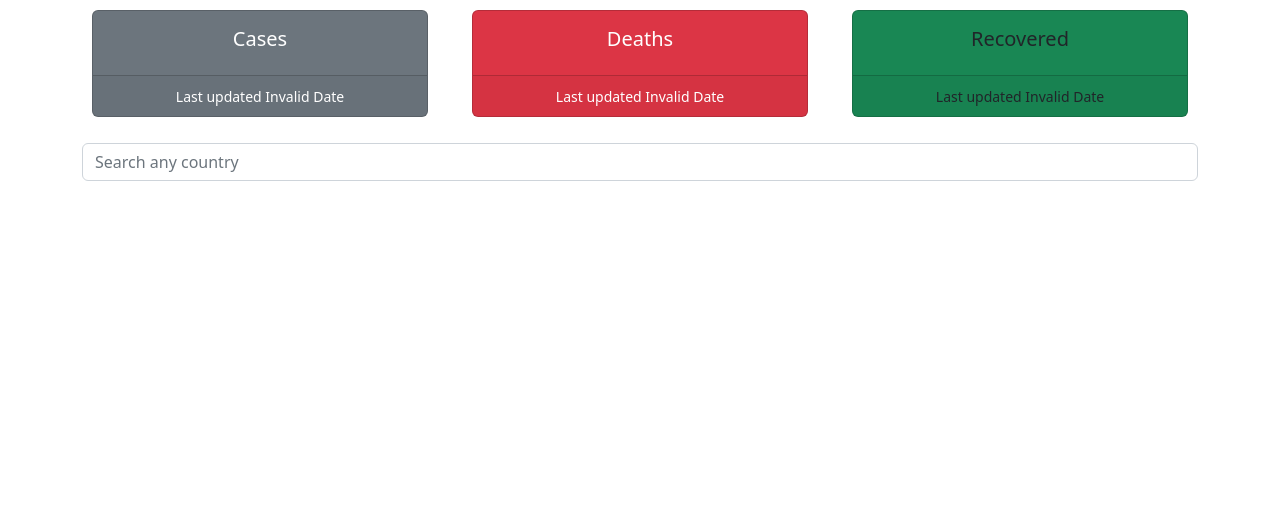
Repository: azizdeghais/CovidTracker
Page: /
An editor plug-in stored every save of this project. The page is shown before and after the next save, followed by the edit.
The browser window is 1280 px wide. The pictures show the whole page.
Pictures or frames that could not be fetched are drawn as grey boxes. The page's requests for data from a server got no answer. The project was rebuilt for these pictures with package versions that can differ from the ones it lists, and the page was loaded fresh each time. No one was signed in, and anything a server would have sent is missing. Also part of the build but not shown: vite.config.js.

Above is the page before, as saved 2023-03-09 16:38:38.

### index.html
<!DOCTYPE html>
<html lang="en">
  <head>
    <meta charset="UTF-8" />
    <link rel="icon" type="image/svg+xml" href="/vite.svg" />
    <meta name="viewport" content="width=device-width, initial-scale=1.0" />
    <title>Covid-19 Tracker</title>

  </head>
  <body>
    <div id="root"></div>
    <script type="module" src="/src/main.jsx"></script>
  </body>
</html>

### src/main.jsx
import React from 'react'
import ReactDOM from 'react-dom/client'
import App from './App'
import 'bootstrap/dist/css/bootstrap.min.css';


ReactDOM.createRoot(document.getElementById('root')).render(
  <React.StrictMode>
    <App />
  </React.StrictMode>,
)

### src/App.jsx
import React, { useEffect,useState } from 'react'
import axios from 'axios'
import Container from 'react-bootstrap/Container';
import Row from 'react-bootstrap/Row';
import Col from 'react-bootstrap/Col';
import Card from 'react-bootstrap/Card';
import Stack from 'react-bootstrap/Stack';
import Form from 'react-bootstrap/Form';

import './App.css'
import { Nav } from 'react-bootstrap';


function App() {

  const [latest,setLatest]=useState([])
  const [results,setResults]=useState([])
  const [searchCountries,setSearchCountries]=useState('')


  useEffect(()=>{
    axios.all([
      axios.get('https://corona.lmao.ninja/v3/covid-19/all'),
      axios.get('https://corona.lmao.ninja/v3/covid-19/countries')
  ])

    .then(resArr=>{
           setLatest(resArr[0].data)
           setResults(resArr[1].data)
    })
    .catch(err=>{
      console.log(err)
    })
  },[])

  const date=new Date(parseInt(latest.updated));
  const lastUpdated=date.toString();

  const filterCountries=results.filter(item=>{
    return searchCountries !== ''
     ? item.country.includes(searchCountries)
     : item
   })

   const countries = filterCountries.map((data,i)=>{
    return (
      <Card
      key={i}
      bg='light'
      text='dark'
      className='text-center'
      style={{margin:'10px'}}
      >
        <Card.Img variant='top' src={data.countryInfo.flag} />
      <Card.Body>
        <Card.Title>{data.country}</Card.Title>
        <Card.Text>Cases: {data.cases}</Card.Text>
        <Card.Text>Deaths: {data.deaths}</Card.Text>
        <Card.Text>Recovered: {data.recovered}</Card.Text>
        <Card.Text>Today's cases: {data.todayCases}</Card.Text>
        <Card.Text>Today's deaths: {data.todayDeaths}</Card.Text>
        <Card.Text>Active {data.active}</Card.Text>


      </Card.Body>

      </Card>

    )
   })




  return (
    <Container>

      <Nav/>

      <Row className='mb-3'>
        <Col>
          <Card className='text-center' bg='secondary' text='white' style={{margin:'10px'}} >
            <Card.Body>
              <Card.Title>Cases</Card.Title>
              <Card.Text>
                {latest.cases}
              </Card.Text>
            </Card.Body>
            <Card.Footer>
              <small>Last updated {lastUpdated}</small>
            </Card.Footer>
          </Card>
        </Col>
        <Col>
          <Card className='text-center' bg='danger' text='white' style={{margin:'10px'}}>
            <Card.Body>
              <Card.Title>Deaths</Card.Title>
              <Card.Text>
                {latest.deaths}
              </Card.Text>
            </Card.Body>
            <Card.Footer>
            <small>Last updated {lastUpdated}</small>

            </Card.Footer>
          </Card>
        </Col>
        <Col>
          <Card className='text-center' bg='success' style={{margin:'10px'}} >
            <Card.Body>
              <Card.Title>Recovered</Card.Title>
              <Card.Text>
               {latest.recovered}
              </Card.Text>
            </Card.Body>
            <Card.Footer>
            <small>Last updated {lastUpdated}</small>

            </Card.Footer>
          </Card>
        </Col>
      </Row>
      <Form className='mb-3'>
      <Form.Group >
        <Form.Control
         type='text'
         placeholder='Search any country'
         onChange={e=> setSearchCountries(e.target.value)} />
      </Form.Group>
      </Form>
      <div className='countries-list'>
      {countries}
      </div>


    </Container>
  )
}

export default App

### src/App.css
.countries-list{
    display:flex;
    flex-direction:row;
    width: '1000px';
    flex-wrap: wrap;
    justify-content: space-between;
}

### src/components/Nav.jsx
import React from 'react'
import Container from 'react-bootstrap/Container';
import Navbar from 'react-bootstrap/Navbar';
const Nav = () => {
  return (
    <>
    <Navbar bg="light">
      <Container>
        <Navbar.Brand href="#home">Brand link</Navbar.Brand>
      </Container>
    </Navbar>
    <br />
    <Navbar bg="light">
      <Container>
        <Navbar.Brand>Brand text</Navbar.Brand>
      </Container>
    </Navbar>
    <br />
    <Navbar bg="dark">
      <Container>
        <Navbar.Brand href="#home">
          <img
            src="/logo.svg"
            width="30"
            height="30"
            className="d-inline-block align-top"
            alt="React Bootstrap logo"
          />
        </Navbar.Brand>
      </Container>
    </Navbar>
    <br />
    <Navbar bg="dark" variant="dark">
      <Container>
        <Navbar.Brand href="#home">
          <img
            alt=""
            src="/logo.svg"
            width="30"
            height="30"
            className="d-inline-block align-top"
          />{' '}
          React Bootstrap
        </Navbar.Brand>
      </Container>
    </Navbar>
  </>
  )
}

export default Nav

After the next save:
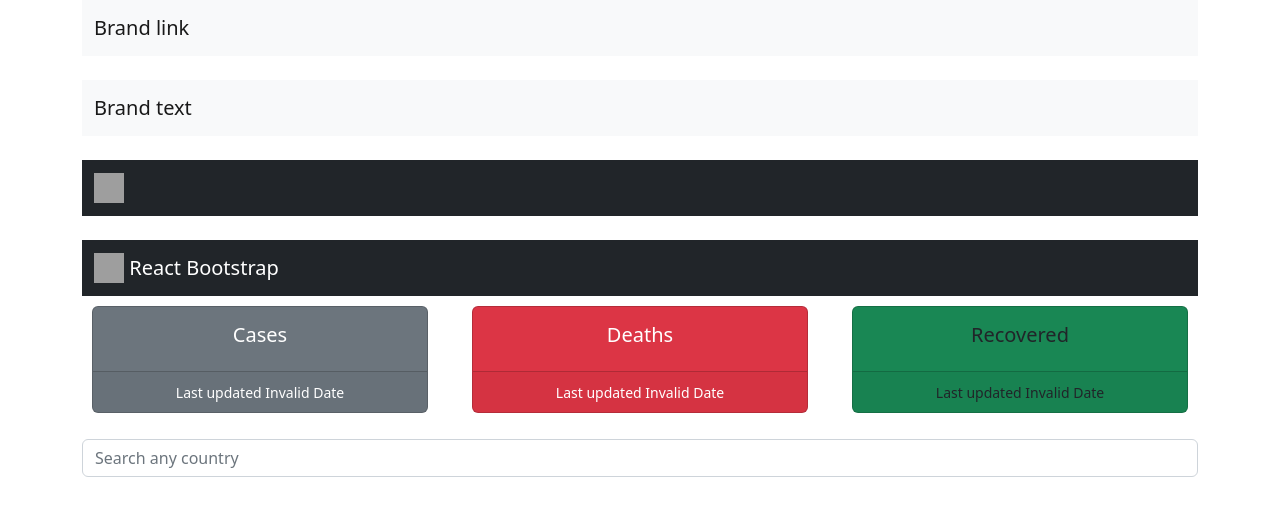
Saved 15 s later.
--- a/src/App.jsx
+++ b/src/App.jsx
@@ -8,8 +8,7 @@ import Stack from 'react-bootstrap/Stack';
 import Form from 'react-bootstrap/Form';
 
 import './App.css'
-import { Nav } from 'react-bootstrap';
-
+import Nav from './components/Nav';
 
 function App() {
 
